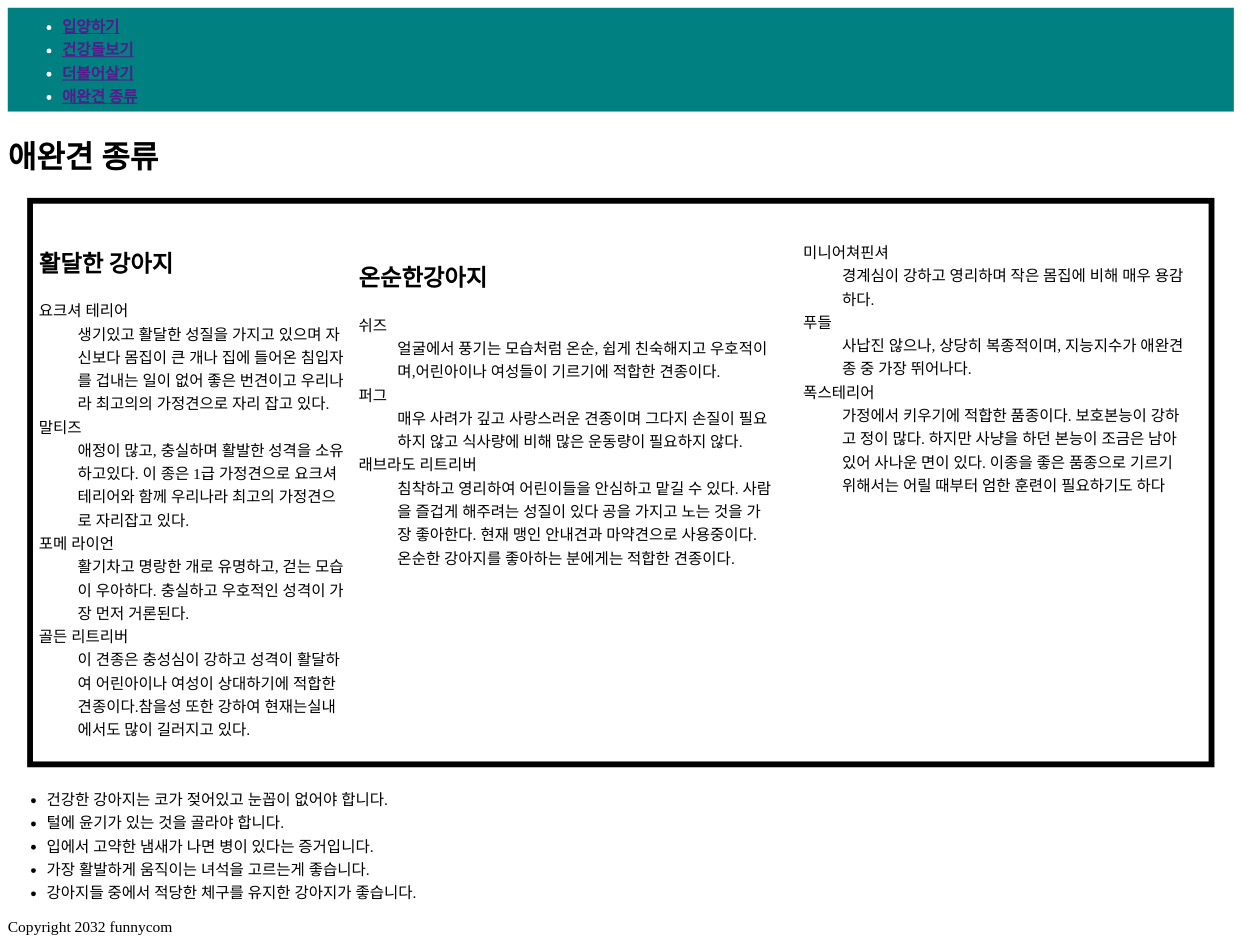
Repository: chlguswns1/web-practice
Page: HTML/src/main/webapp/ps.html
These files come from the project's save history. The page is drawn as it stood at one moment and after the next save; the edit follows.
The browser window is 1280 px wide. The pictures show the whole page, at 97% of full size.

Above is the page before, as saved 2023-03-07 01:38:41.

### HTML/src/main/webapp/ps.html
<!DOCTYPE html>
<html>
<head>
<meta charset="UTF-8">
<title>Insert title here</title>
<link rel="stylesheet" href="ps.css">
<style type="text/css">

</style>
</head>
<body>


<header>
	<ul class="top">
		<li><a href="">입양하기</a> </li>
		<li><a href="">건강돌보기 </a></li>
		<li><a href="">더불어살기 </a></li>
		<li><a href="">애완견 종류</a> </li>
	</ul>
</header>
<h1>애완견 종류 </h1>

<div id="dog">

		<dl id="dog1">
		<h2>활달한 강아지 </h2>
			<dt>요크셔 테리어</dt>
				<dd>생기있고 활달한 성질을 가지고 있으며 자신보다 몸집이 큰 개나 집에 들어온 침입자를 겁내는 일이 없어 좋은 번견이고 우리나라 최고의의 가정견으로 자리 잡고 있다.
			<dt>말티즈</dt>
				<dd>애정이 많고, 충실하며 활발한 성격을 소유하고있다.
		 		이 종은 1급 가정견으로 요크셔테리어와 함께 우리나라 최고의 가정견으로 자리잡고 있다.
			<dt>포메 라이언</dt>
				<dd>활기차고 명랑한 개로 유명하고, 걷는 모습이 우아하다.
		 		충실하고 우호적인 성격이 가장 먼저 거론된다.
			<dt>골든 리트리버</dt>
				<dd>이 견종은 충성심이 강하고 성격이 활달하여 어린아이나 여성이 상대하기에 적합한 견종이다.참을성 또한 강하여 현재는실내에서도 많이 길러지고 있다.
		</dl>

		<dl id="dog2">
		<h2> 온순한강아지</h2>
			<dt>쉬즈</dt>
				<dd>얼굴에서 풍기는 모습처럼 온순,
				 쉽게 친숙해지고 우호적이며,어린아이나 여성들이 기르기에 적합한 견종이다.
			<dt>퍼그</dt>
				<dd>매우 사려가 깊고 사랑스러운 견종이며 그다지 손질이 필요하지 않고 식사량에 비해 많은 운동량이 필요하지 않다.
			<dt>래브라도 리트리버</dt>
				<dd>침착하고 영리하여 어린이들을 안심하고 맡길 수 있다.
		 		사람을 즐겁게 해주려는 성질이 있다 공을 가지고 노는 것을 가장 좋아한다. 현재 맹인 안내견과 마약견으로 사용중이다. 온순한 강아지를 좋아하는 분에게는 적합한 견종이다.
		</dl>

		<dl id="dog3">

			<dt>미니어쳐핀셔</dt>
				<dd>경계심이 강하고 영리하며 작은 몸집에 비해 매우 용감하다.
			<dt>푸들</dt>
				<dd>사납진 않으나, 상당히 복종적이며, 지능지수가 애완견종 중 가장 뛰어나다.
			<dt>폭스테리어</dt>
				<dd>가정에서 키우기에 적합한 품종이다. 보호본능이 강하고 정이 많다. 하지만 사냥을 하던 본능이 조금은 남아있어 사나운 면이 있다.
		  		이종을 좋은 품종으로 기르기 위해서는 어릴 때부터 엄한 훈련이 필요하기도 하다
		  </div>
		 <div id="dog4"><ul>
		  		<li> 건강한 강아지는 코가 젖어있고 눈꼽이 없어야 합니다. </li>
		 		<li> 털에 윤기가 있는 것을 골라야 합니다. </li>
		  		<li> 입에서 고약한 냄새가 나면 병이 있다는 증거입니다.</li>
		 		<li> 가장 활발하게 움직이는 녀석을 고르는게 좋습니다.</li>
		  		<li> 강아지들 중에서 적당한 체구를 유지한 강아지가 좋습니다.</li>
		       </ul>

		  </div>

		  <footer>
		 <span>Copyright 2032 funnycom</span>
		   </footer>
</body>
</html>

### HTML/src/main/webapp/ps.css
@charset "UTF-8";
#dog{border: 6px solid;
	 display: flex;
	 padding: 6px;
	 flex: 1;
	 margin: 20px;
}
#dog1{border-style: dotted 15px;;


}
#dog2{border-style: dotted;
		padding: 15px;
		border: 15px;
}
#dog3{border-style: dotted;
		padding: 15px;
		border: 15px;
}
header {
  height: 75px;
  padding: 1rem;
  color: white;
  background: teal;
  font-weight: bold;
  display: flex;
  justify-content: space-between;
  align-items: center;
}

After the next save:
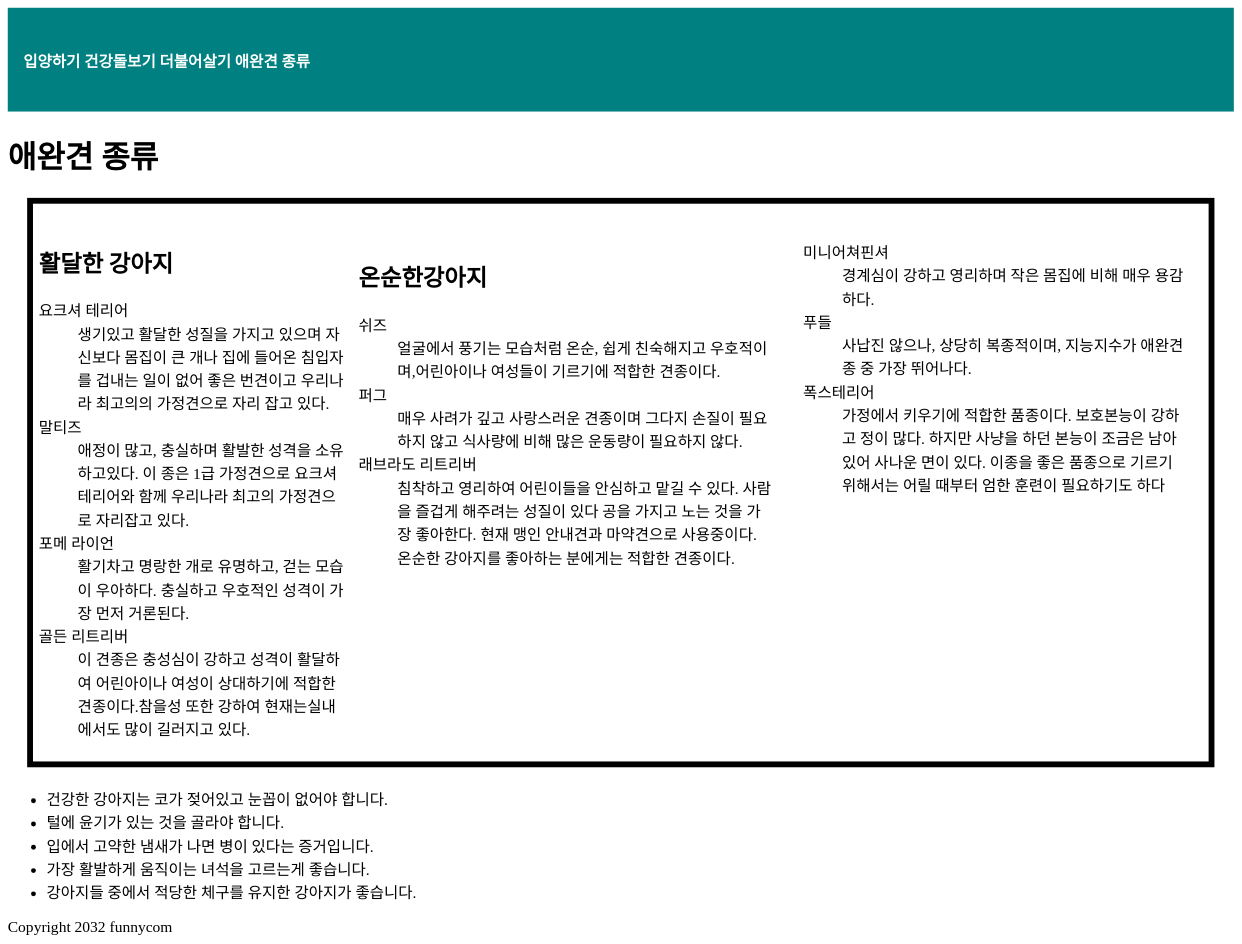
Saved 73 s later.
--- a/HTML/src/main/webapp/ps.html
+++ b/HTML/src/main/webapp/ps.html
@@ -12,12 +12,12 @@
 
 
 <header>
-	<ul class="top">
-		<li><a href="">입양하기</a> </li>
-		<li><a href="">건강돌보기 </a></li>
-		<li><a href="">더불어살기 </a></li>
-		<li><a href="">애완견 종류</a> </li>
-	</ul>
+	<nav>
+		<span> 입양하기</span>
+		<span>건강돌보기 </span>
+		<span>더불어살기 </span>
+		<span>애완견 종류</span>
+	</nav>
 </header>
 <h1>애완견 종류 </h1>
 
